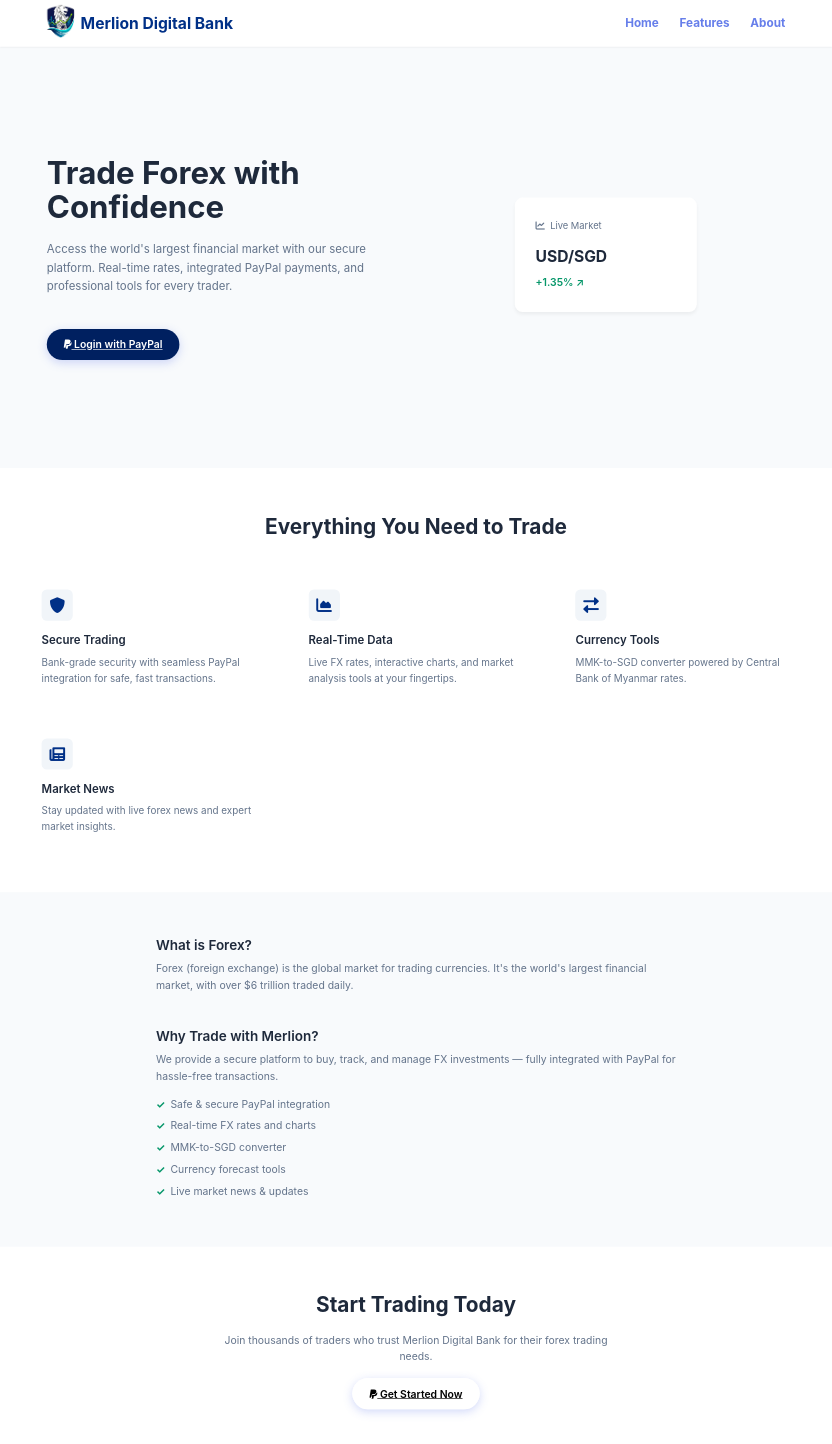
Repository: MayThetNaingBo/MerlionFX-app
Page: http://localhost/
These files come from the project's save history. The page is drawn as it stood at one moment and after the next save; the edit follows.
The browser window is 1280 px wide. The pictures show the whole page, at 65% of full size.
The pointer rests on the first visible `.cta-button`.
The page is served by the project's application, run on Flask 3 (app.py).

Above is the page before, as saved 2025-08-07 23:54:17.

After the next save:
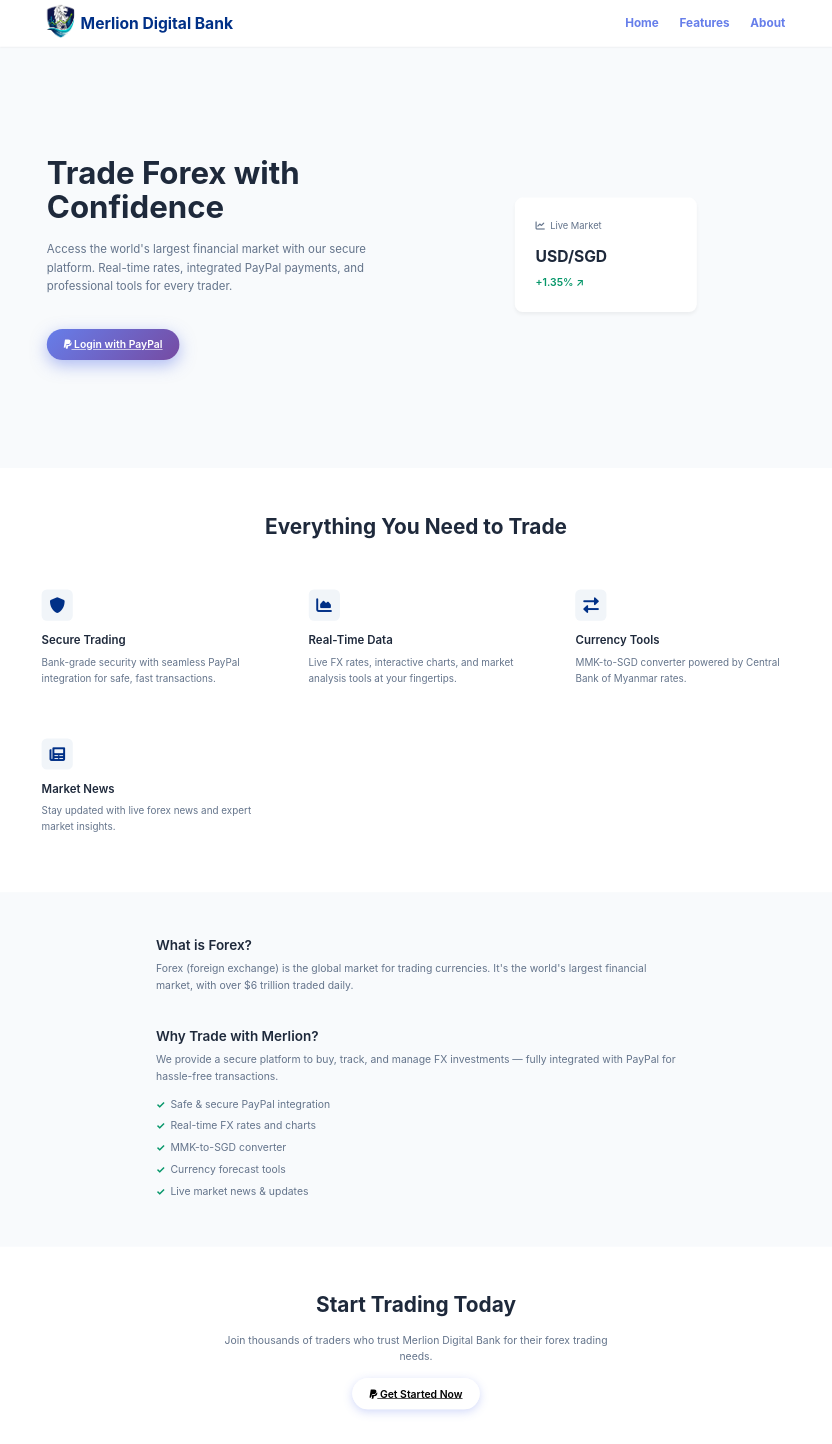
Saved 32 s later.
--- a/templates/index.html
+++ b/templates/index.html
@@ -135,9 +135,10 @@
         }
 
         .cta-button:hover {
-            background: #002060;
-            transform: translateY(-1px);
-            color: white;
+            background: linear-gradient(135deg, #667eea 0%, #764ba2 100%);
+      color: white;
+      transform: translateY(-2px);
+      box-shadow: 0 8px 25px rgba(102, 126, 234, 0.5);
         }
 
         .hero-visual {
